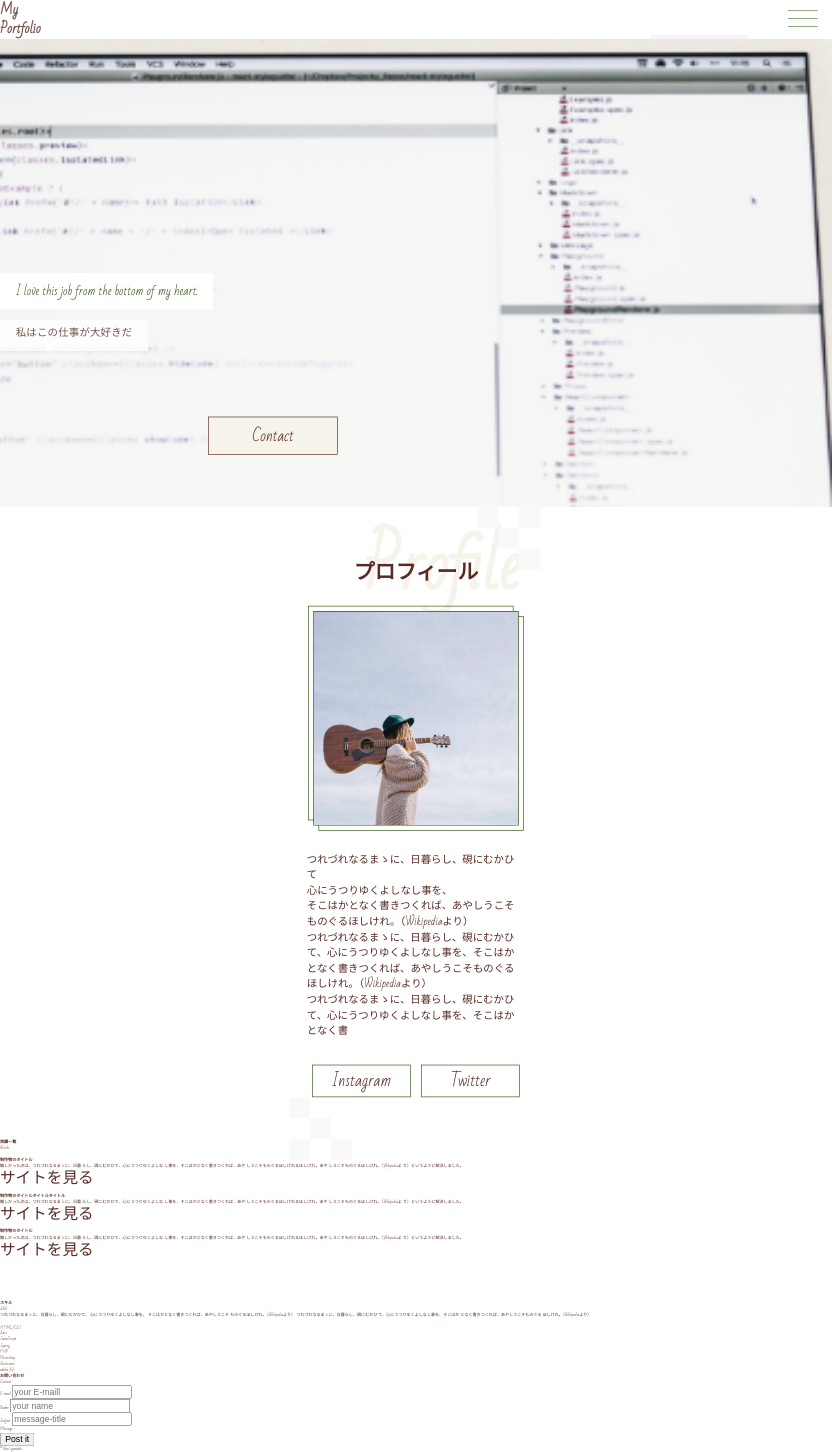
Repository: ppmp556/igarashi.kakuu
Page: index.html
These files come from the project's save history. The page is drawn as it stood at one moment and after the next save; the edit follows.
The browser window is 1280 px wide. The pictures show the whole page, at 65% of full size.
Some web libraries are served in a nearby version. The style sheet was rebuilt from its Sass, Less or Tailwind sources for each picture, by a compiler version that may differ from the author's.

Above is the page before, as saved 2020-10-25 17:55:38.
Console error: TypeError: Cannot read properties of null (reading 'addEventListener')

### index.html
<!DOCTYPE html>
<html lang="ja">
    <head>
        <meta charset="UTF-8">
        <meta name="viewport" content="width=device-width, initial-scale=1.0, maximum-scale=1.0, minimum-scale=1.0">
        <link rel="stylesheet" href="faundation.css" type="text/css">
        <link rel="stylesheet" href="./css/style.css" type="text/css">
        <link href="https://use.fontawesome.com/releases/v5.6.1/css/all.css" rel="stylesheet">
        <link href="https://fonts.googleapis.com/css?family=Bad+Script" rel="stylesheet">
        <link href="https://fonts.googleapis.com/css?family=Sawarabi+Gothic" rel="stylesheet">
        <link rel="img" href="image">
        <title>架空LP</title>

    </head>
    <body>

        <div class="container">
            <header class="header">
                <h1 class="header_ttl">
                    <a href="index.html" class="header_link">My Portfolio</a><!-- /.header_link -->
                </h1><!-- /.header_ttl -->
                <nav class="nav">
                    <div class="nav_wrapper" id="nav_lists">
                        <!-- ハンバーガーメニュー部分 -->
                        <div class="toggle_btn" id="nav_toggler">
                            <span class="toggle_line __tg1"></span>
                            <span class="toggle_line __tg2"></span>
                            <span class="toggle_line __tg3"></span>
                        </div>
                        <!-- ハンバーガーメニューここまで -->
                    </div>
                    <ul class="nav_list flex">
                        <li class="nav_item">
                            <a href="#" class="nav_link">Profile<span class="nav_sp">プロフィール</a><!-- /.nav_link -->
                        </li><!-- /.nav_item -->
                        <li class="nav_item">
                            <a href="#" class="nav_link">Works<span class="nav_sp">実績一覧</a><!-- /.nav_link -->
                        </li><!-- /.nav_item -->
                        <li class="nav_item">
                            <a href="#" class="nav_link">Skill<span class="nav_sp">スキル</a><!-- /.nav_link -->
                        </li><!-- /.nav_item -->
                        <li class="nav_item">
                            <a href="#" class="nav_link">Contact<span class="nav_sp">お問い合わせ</a><!-- /.nav_link -->
                        </li><!-- /.nav_item -->
                    </ul><!-- /.nav_list -->
                </nav><!-- /.nav -->
            </header><!-- /.header -->
        </div><!-- /.container -->
        <div class="kv">
            <div class="kv_txtbox">
                <p class="kv_txt">I love this job from the bottom of my heart.</p><!-- /.kv_txt -->
                <p class="kv_txt __subtxt">私はこの仕事が大好きだ</p><!-- /.kv_txt -->
            </div><!-- /.kv_txtbox -->
            <div class="contact_box">
                <a href="#" class="contact_link">Contact</a><!-- /.contact_link -->
            </div><!-- /.contact_box -->
        </div><!-- /.kv -->
        <main>
            <div class="inner">

                <section class="prof" id="prof">
                    <div class="prof_inner">
                        <div class="section_ttlbox">
                            <h2 class="prof_ttl">プロフィール</h2><!-- /.prof_ttl -->
                            <!-- <span class="prof_sub">Profile</span> -->
                        </div><!-- /.section_ttlbox -->
                        <div class="prof_imgbox">
                            <img src="images/profile/profile.png" alt="#" class="prof_img">
                        </div><!-- /.prof_imgbox -->
                        <p class="prof_txt">
                            つれづれなるまゝに、日暮らし、硯にむかひ
                            て<br>
                            心にうつりゆくよしなし事を、<br>
                            そこはかとなく書きつくれば、あやしうこそ
                            ものぐるほしけれ。（Wikipediaより）<br>
                            つれづれなるまゝに、日暮らし、硯にむかひ
                            て、心にうつりゆくよしなし事を、そこはか
                            となく書きつくれば、あやしうこそものぐる
                            ほしけれ。（Wikipediaより）<br>
                            つれづれなるまゝに、日暮らし、硯にむかひ
                            て、心にうつりゆくよしなし事を、そこはか
                            となく書
                        </p><!-- /.prof_txt -->
                        <div class="section_btnbox flex">
                            <div class="site_btn">
                                <a href="#" class="site_link">Instagram</a>
                            </div><!-- /.site_btn -->
                            <div class="site_btn">
                                <a href="#" class="site_link">Twitter</a>
                            </div><!-- /.site_btn -->
                        </div><!-- /.section_btnbox -->
                    </div><!-- /.prof_inner -->
                </section><!-- /#prof.prof -->


                <section class="work" id="work">
                    <div class="section_ttlbox">
                        <h2 class="work_ttl">実績一覧</h2><!-- /.work_ttl -->
                        <span class="work_sub">Works</span>
                    </div><!-- /.section_ttlbox -->

                    <div class="work_imgbox">
                        <ul class="work_list">
                            <li class="work_item">
                                <img src="" alt="" class="work_img">
                                <h3 class="work_ttl">制作物のタイトル</h3><!-- /.work_txt -->
                                <p class="work_txt">
                                    難しかった点は、つれづれなるまゝに、日暮
                                    らし、硯にむかひて、心にうつりゆくよしな
                                    し事を、そこはかとなく書きつくれば、あや
                                    しうこそものぐるほしけれるほしけれ。あや
                                    しうこそものぐるほしけれ。（Wikipediaよ
                                    り）というように解決しました。
                                </p><!-- /.work_txt -->
                                <div class="site_btn">
                                    <a href="#" class="site_link">サイトを見る</a>
                                </div><!-- /.site_btn -->
                            </li><!-- /.work_item -->
                            <li class="work_item">
                                <img src="" alt="" class="work_img">
                                <h3 class="work_ttl">制作物のタイトルタイトルタイトル</h3><!-- /.work_txt -->
                                <p class="work_txt">
                                    難しかった点は、つれづれなるまゝに、日暮
                                    らし、硯にむかひて、心にうつりゆくよしな
                                    し事を、そこはかとなく書きつくれば、あや
                                    しうこそものぐるほしけれるほしけれ。あや
                                    しうこそものぐるほしけれ。（Wikipediaよ
                                    り）というように解決しました。
                                </p><!-- /.work_txt -->
                                <div class="site_btn">
                                    <a href="#" class="site_link">サイトを見る</a>
                                </div><!-- /.site_btn -->
                            </li><!-- /.work_item -->
                            <li class="work_item">
                                <img src="" alt="" class="work_img">
                                <h3 class="work_ttl">制作物のタイトル</h3><!-- /.work_txt -->
                                <p class="work_txt">
                                    難しかった点は、つれづれなるまゝに、日暮
                                    らし、硯にむかひて、心にうつりゆくよしな
                                    し事を、そこはかとなく書きつくれば、あや
                                    しうこそものぐるほしけれるほしけれ。あや
                                    しうこそものぐるほしけれ。（Wikipediaよ
                                    り）というように解決しました。
                                </p><!-- /.work_txt -->
                                <div class="site_btn">
                                    <a href="#" class="site_link">サイトを見る</a>
                                </div><!-- /.site_btn -->
                            </li><!-- /.work_item -->
                        </ul><!-- /.work_list -->
                    </div><!-- /.work_imgbox -->
                </section><!-- /#work.work -->

                <section class="skii" id="skill">
                    <div class="section_ttlbox">
                        <h2 class="skill_ttl">スキル</h2><!-- /.skill_ttl -->
                        <span class="skill_sub">Skill</span>
                    </div><!-- /.section_ttlbox -->
                    <div class="skill_txtbox">
                        <p class="skill_txt">
                            つれづれなるまゝに、日暮らし、硯にむかひて、
                            心にうつりゆくよしなし事を、
                            そこはかとなく書きつくれば、あやしうこそ
                            ものぐるほしけれ。（Wikipediaより）
                            つれづれなるまゝに、日暮らし、硯にむかひ
                            て、心にうつりゆくよしなし事を、そこはか
                            となく書きつくれば、あやしうこそものぐる
                            ほしけれ。（Wikipediaより）
                        </p><!-- /.skill_txt -->
                    </div><!-- /.skill_txtbox -->
                    <div class="skill_listbox">
                        <div class="skill_imgbox">
                            <img src="" alt="" class="skill_img">
                        </div><!-- /.skill_imgbox -->
                        <ul class="skill_list">
                            <li class="skill_item">HTML/CSS</li><!-- /.skill_item -->
                            <li class="skill_item">Sass</li><!-- /.skill_item -->
                            <li class="skill_item">JavaScript</li><!-- /.skill_item -->
                            <li class="skill_item">Jquery</li><!-- /.skill_item -->
                            <li class="skill_item">PHP</li><!-- /.skill_item -->
                            <li class="skill_item">Photoshop</li><!-- /.skill_item -->
                            <li class="skill_item">illustrator</li><!-- /.skill_item -->
                            <li class="skill_item">adobe Xd</li><!-- /.skill_item -->
                        </ul><!-- /.skill_list -->
                    </div><!-- /.skill_listbox -->
                </section><!-- /#skill.skii -->

                <section class="contact" id="contact">
                    <div class="section_ttlbox">
                        <h2 class="contact_ttl">お問い合わせ</h2><!-- /.contact_ttl -->
                        <span class="contact_sub">Contact</span>
                    </div><!-- /.section_ttlbox -->
                    <form action="#" class="ly-form">
                        <div class="form ord1">
                            <div class="form2">

                                <label for="email" class="formTitle u-formTxt">E-mail</label>
                                <input type="email" class="formBox" name="your-E-mail" placeholder="your E-maill">
                            </div>
                        </div>
                        <div class="form ord2">
                            <div class="form2">
                                    <label for="name" class="formTitle u-formTxt">Name</label>
                                    <input type="text" class="formBox" name="your name" placeholder="your name">

                            </div>
                        </div>
                        <div class="form ord3">
                            <div class="form2">
                                <label for="subject" class="formTitle u-formTxt">Subject</label>
                                <input type="subject" class="formBox" name="message-title" placeholder="message-title">
                            </div>
                        </div>
                        <div class="form ord4">
                            <div class="form2">
                                <label for="message" class="formTitle u-formTxt">Message</label>
                                <textare name="contents" class="area" name="contents" placeholder="contents" rows="4" cols="40"></textare>
                            </div>
                        </div>
                        <div class="inputWrap btnhv u-send">
                            <input type="submit" value="Post it" class="sendBtn">
                        </div>
                    </form>
                </section><!-- /#contact.contact -->
            </div><!-- /.inner -->

        </main>


        <footer class="footer">
            <div class="footer_sharbox">
                <ul class="footer_sharalist">
                    <li class="footer_item"></li><!-- /.footer_item -->
                    <li class="footer_item"></li><!-- /.footer_item -->
                    <li class="footer_item"></li><!-- /.footer_item -->
                </ul><!-- /.footer_sharalist -->
            </div><!-- /.footer_sharbox -->
            <small class="footer_txt">&copy; Ruri igarashi</small>
        </footer><!-- /.footer -->


        <script type="text/javascript" src="menu.js"></script>
        <script src="https://code.jquery.com/jquery-3.4.1.js" integrity="sha256-WpOohJOqMqqyKL9FccASB9O0KwACQJpFTUBLTYOVvVU=" crossorigin="anonymous"></script>

    </body>
</html>

### faundation.css

html,
body,
div,
span,
object,
iframe,
h1,
h2,
h3,
h4,
h5,
h6,
p,
blockquote,
pre,
abbr,
address,
cite,
code,
del,
dfn,
em,
img,
ins,
kbd,
q,
samp,
small,
strong,
sub,
sup,
var,
b,
i,
dl,
dt,
dd,
ol,
ul,
li,
fieldset,
form,
label,
legend,
table,
caption,
tbody,
tfoot,
thead,
tr,
th,
td,
article,
aside,
canvas,
details,
figcaption,
figure,
footer,
header,
hgroup,
menu,
nav,
section,
summary,
time,
mark,
audio,
video {
  margin: 0;
  padding: 0;
  border: 0;
  outline: 0;
  font-size: 100%;
  vertical-align: baseline;
  background: transparent;
}

body {
  line-height: 1.5;
}

article,
aside,
details,
figcaption,
figure,
footer,
header,
hgroup,
menu,
nav,
section {
  display: block;
}

ul,
ol {
  list-style: none;
}

table {
  border-collapse: collapse;
  border-spacing: 0;
}

a {
  color: inherit;
  text-decoration: none;
}

img {
  width: 100%;
  max-width: 100%;
  height: auto;
  vertical-align: bottom;
}

### menu.js
const body = document.body;

const toggler = document.getElementById('navToggler');
//#navToggleを取得し、togglerに格納


const navList = document.getElementById('js-nav');
const navList2 = document.getElementById('js-nav2');
//#navListsを取得し、navListに格納


toggler.addEventListener('click', function() {
    //togglerクリックされたら、
    body.classList.toggle('clicked');

});
navList.addEventListener('click', function(){


    body.classList.remove('clicked');
});
navList2.addEventListener('click', function(){


    body.classList.remove('clicked');
});

### scss/style.scss
@charset "UTF-8";

$cColor: #572B23;
$cBgColor: #f6f3eb;
$cGreen: #315611;
$cwhite: #ffffff;
$cGray: #f9f9f9;


html {
    font-size: 62.5%;
    overflow: auto;


}

body {
    color: $cColor;
    background-color: $cwhite;
    font-family: "Bad Script","Sawarabi Gothic";
    font-size: 62.5%;
    margin: 0 auto;
    overflow: hidden;
    width: 100%;
    height: auto;

}

*, *::before, *::after {
    box-sizing: border-box;
}

a:link, a:visited, a:hover, a:active {
    /*テキストデフォルト下線外し*/
    text-decoration: none;
    /* color: #ffffff; */
}




.container {
    overflow: hidden;
}


.flex {
    display: flex;
    justify-content: flex-start;
}

.inner {
    min-width: 336px;
    width: 100%;
    margin: 0 auto;
}


.site_btn {
    display: flex;
    width: 200px;
    font-size: 2.4rem;
    color: #572B23;
    line-height: 27px;
}

.site_link {
    width: 100%;
    height: 100%;
    display: block;
    margin: auto;
}

/****************

header

*************/

.header {
    display: flex;
    z-index: 5;
    width: 100%;
    height: 100%;
    background-color: $cwhite;
    opacity: .8;

    &_ttl {
        font-size: 2.0rem;
    font-family: "Bad Script";
    opacity: 1;
    color: $cColor;
    }
}

// nav

.nav {
    width: 100%;
    line-height: 20px;
    display: flex;
    justify-content: center;
    align-items: center;


    /* ハンバーガーメニュー */
    &_list {
        position: absolute;
        display: block;
        top: 54px;
        /* left: 377px; */
        left: 1000px;
        overflow: hidden;
        width: 15rem;
        max-height: auto;
        cursor: pointer;

        overflow-y: auto;/*縦方向の表示*/

        display: flex;
        flex-direction: column;
        transition: opacity .8s ease, visibility .6s ease;
        color: #572B23;

        background-color: #F6F3FB;
        visibility: .6s ease;
        opacity: 1;

        &.clicked {
            left: 114px;
            visibility: visible;
            opacity: 0.9;
            width: 262px;
            top: 0;
            /* height: 667px; */
            height: 100vh;
            background-color: #f6f3f8;
            position: absolute;
            display: flex;
            align-items: center;
            justify-content: center;

        }
    }

    &_item {
        padding: 2px 0;
        font-size: 2rem;
        color: #572B23;
        position: relative;

        transition: transform 6s ease, opacity .2s ease;

        &:nth-child(1) {
        transform: translateX(200px);

        transition: transform .6s ease, opacity .2s ease;

        }

        &:nth-child(2) {
        transition-delay: .15s;

        }
        &:nth-child(3) {
        transition-delay: .3s;

        }

        &:nth-child(4) {
        transition-delay: .45s;

        }

        &:nth-child(5) {
        transition-delay: .6s;

        }

        &::after {
        position: absolute;
        bottom: -4px;
        left: 0;
        content: '';
        width: 100%;
        height: 2px;
        background: #572B23;
        transform: scale(0, 1);
        transform-origin: left top;
        transition: transform .3s;
        }

        &:hover::after {
        transform: scale(1, 1);
        }

    }







    &_link {
        width: 100%;
        display: block;
        color: #572B23;
    font-size: 2.4rem;
    display: flex;
    align-items: center;
    flex-direction: column;
    justify-content: center;
    }


}




.clicked .navList .navItem {
    transform: translateX(0px);
}







.toggle_btn {

    z-index: 2000;
    position: absolute;
    top: 0;
    width: 45.25px;
    /* height: 24px; */
    height: 55px;
    right: 16.19px;
    cursor: pointer;
    transition: all .30s ease-in-out;/*0.3秒かけて変化*/
}

.toggle_line {
    display: block;
    position: absolute;
    z-index: 2100;
    right: 6.3px;
    top: 14px;
    width: 100%;
    height: 1px;
    background-color: #315611;
    transition: all 0.3s;
}


.__tg1 {
    top: 16.19px;

    &.clicked {
        transform: translateY(12px) rotate(-315deg);
    }
}
.__tg2 {
    top: 28.19px;
    &.clicked {
        opacity: 0;
    }
}
.__tg3 {
    top: 40.19px;
    &.clicked {
        transform: translateY(-11px) rotate(315deg);
    }
}


/****************

kv

*************/

.kv {
    background: url(/images/top-image/top-image.png) center / cover no-repeat;
    background-position-y: 50%;
    height: 100vh;
    width: 100%;
    // display: flex;

    position: relative;

    &_txtbox {
        position: absolute;
        top: 50%;

    }

    &_txt {
        margin: auto;
        text-align: center;
        font-size: 1.8rem;
        color: $cGreen;
        padding: 10px 24px;
        background-color: $cwhite;
        opacity: 1;
        margin-bottom: 16px;
        line-height: 2;
    }

}


.__subtxt {
    font-size: 1.6rem;
    padding: 13px 24px;
    color: $cColor;
    opacity: 0.8;
    letter-spacing: 0.32px;
    width: 228px;
    height: 48px;
    line-height: .84;
    display: inline-block;
    margin-right: auto;
}


.contact_box {
    display: block;
    position: absolute;
    bottom: 80px;
    left: 25%;
    margin: 0 auto;
    width: 20rem;
    line-height: 45px;
    // margin-top: auto;

    opacity: 1;
    border: 1px solid $cColor;
    text-align: center;
    background-color: $cBgColor;
    font-size: 2.3rem;
    font-family: "bad script";
    color: $cColor;

}


.contact_link {
    padding: 6px 66px;
    display: block;
    width: 100%;
    // height: 100%;
    text-align: center;

}

/****************

profile

*************/

.prof {
    padding: 0 0 64px;

    .section_ttlbox {
        padding: 88px 0 45px;
        display: block;
        text-align: center;
        margin: 0 auto;
    }

    &_inner {
        position: relative;
        width: 336px;
        margin: 0 auto;

        &::after {
            position: absolute;
            content: '';
            background: url(/images/スマホデザイン/グループ・475.png) no-repeat;
            width: 100%;
            height: 16%;
            display: block;
            left: -8%;
        }
        &::before {
            position: absolute;
            content: '';
            background: url(/images/スマホデザイン/グループ・476.png) no-repeat;
            width: 100%;
            height: 16%;
            display: block;
            left: 78%;
        }
    }

    &_ttl {
        width: 100%;
        position: relative;
        display: block;
        font-size: 3.2rem;
        color: $cColor;
        line-height: 0.84;
        margin: 0 auto;

        &::before {
            display: block;
            content: 'Profile';
            position: absolute;
            bottom: -20px;
            right: 8px;
            z-index: -1;
            color: $cBgColor;
            opacity: 1;
            font-size: 100px;
        }


    }

    &_imgbox {
        position: relative;
        width: 316px;
        height: 330px;
        z-index: 90;
        left: 50%;
        transform: translateX(-50%);

        &::after {
            content: '';
            position: absolute;
            border: 1px solid $cGreen;
            width: 316px;
            height: 330px;
            z-index: -99;
            opacity: 1;
            left: 8px;
            top: 8px;

        }

        &::before{
            content: '';
            position: absolute;
            border: 1px solid $cGreen;
            width: 316px;
            height: 330px;
            z-index: -99;
            opacity: 1;
            left: -8px;
            top: -8px;

        }
    }

    &_img {
        width: 100%;
        height: 100%;
        display: block;
    }

    &_txt {
        margin: 40px 0 40px;
        font-size: 1.6rem;
    }

    .section_btnbox {
        // display: block;
        margin: 0 auto;
        justify-content: center;
    }

    .site_btn {
        text-align: center;
        width: 160px;
        margin: 0 8px;
        border: 1px solid $cGreen;
        line-height: 48px;
    }



}


/****************

works

*************/

.work {
    padding: 0 0 64px;
}

After the next save:
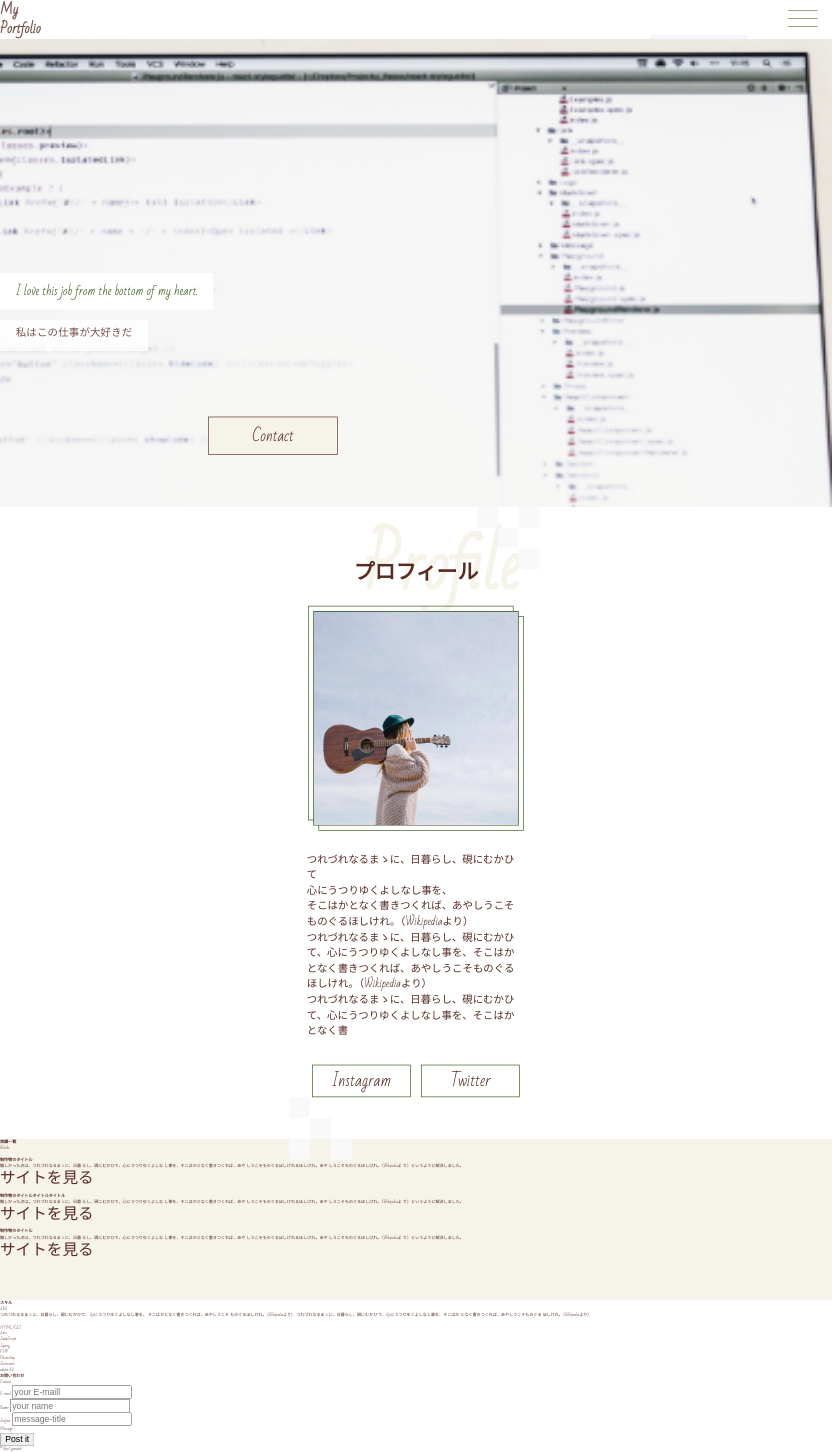
Saved 17 s later.
--- a/scss/style.scss
+++ b/scss/style.scss
@@ -494,4 +494,5 @@ works
 
 .work {
     padding: 0 0 64px;
-}
+    background-color: $cBgColor;
+}
